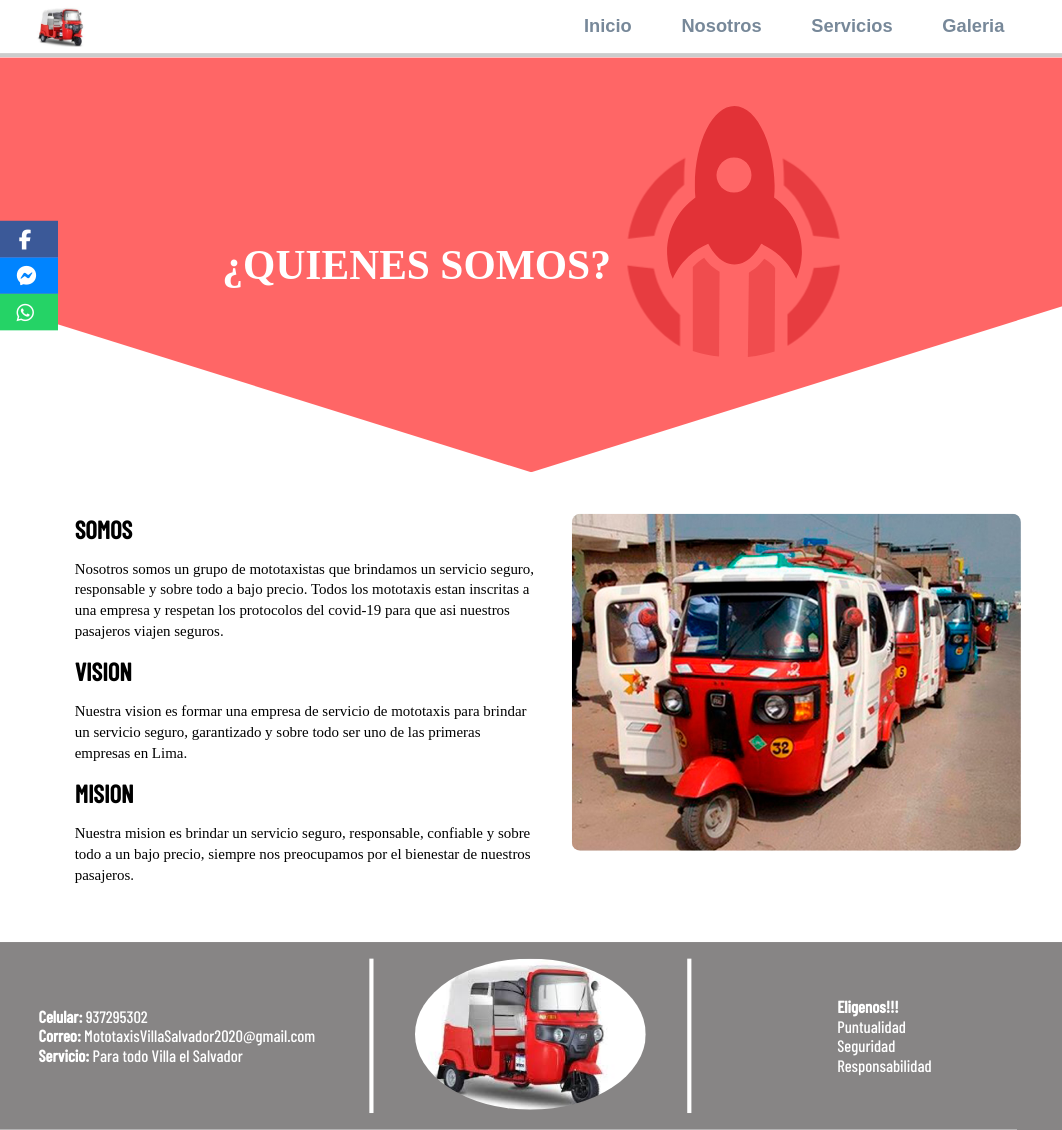
Repository: RobertAries28/ServicioTransporteMototaxisV.E.S
Page: Nosotros.html
The author's editor kept a copy of each file at every save. The page is drawn from the files as they stood at one save, then again after the next save.
The browser window is 1280 px wide. The pictures show the whole page, at 83% of full size.
Some web libraries are served in a nearby version.

Above is the page before, as saved 2021-09-22 16:53:46.

### Nosotros.html
<!DOCTYPE html>
<html lang="en">

<head>
    <meta charset="UTF-8">
    <meta name="viewport" content="width=device-width, initial-scale=1.0">

    <link rel="stylesheet" href="nosotros.css">
    <script src="https://kit.fontawesome.com/a076d05399.js"></script>
    <link href="https://fonts.googleapis.com/css2?family=Barlow+Condensed:wght@500&display=swap" rel="stylesheet">

    <title>Empresa-Servicios-Mototaxis</title>
</head>

<body>


    <div class="main-header">
        <div class="l-container main-header__block">
            <img class="main-logo" src="servicio-mototaxi.jpg" alt="">
            <div class="main-menu-toggle" id="main-menu-toggle"></div>
            <nav class="main-nav" id="main-nav">
                <ul class="main-menu">
                    <li class="main-menu__item">
                        <a class="main-menu__link" href="index.html">
                              Inicio
                           </a>
                    </li>

                    <li class="main-menu__item">
                        <a class="main-menu__link" href="Nosotros.html">
                            Nosotros
                         </a>
                    </li>




                    <li class="main-menu__item">
                        <a class="main-menu__link" href="Servicios.html">
                           Servicios
                         </a>
                    </li>



                    <li class="main-menu__item">
                        <a class="main-menu__link" href="Galeria.html">
                          Galeria
                        </a>
                    </li>


                </ul>
            </nav>
        </div>
    </div>


    <header>
        <div class="titulo">
            <h1>¿QUIENES SOMOS?</h1>
            <svg width="256px" height="304px" viewbox="0 0 256 304" version="1.1" xmlns="http://www.w3.org/2000/svg" xmlns:xlink="http://www.w3.org/1999/xlink" preserveAspectRatio="xMidYMid">
                <g>
                    <path class="primero" d="M164.881,184.797 C161.162,189.136 157.443,193.475 153.724,196.574 C151.245,198.434 148.765,199.673 146.286,201.533 L145.046,303.189 C155.584,301.949 166.741,299.47 177.279,296.371 L177.898,195.954 C177.279,195.334 176.659,194.714 176.659,194.095 C172.939,190.376 169.22,187.276 164.881,184.797 M92.358,183.557 C88.019,186.036 84.3,189.136 80.581,192.855 C79.961,193.475 79.341,194.095 78.722,194.714 L78.722,295.751 C89.259,299.47 99.797,301.329 110.334,302.569 L110.954,200.293 C108.475,199.053 105.995,197.194 103.516,195.334 C99.177,192.235 95.458,187.896 92.358,183.557" fill-opacity="0.5" fill="#F56857"></path>
                    <path class="segundo" d="M128.93,0.7 C102.896,0.7 81.201,43.47 81.201,96.158 C81.201,101.117 81.201,106.075 81.821,111.034 C61.366,125.911 47.729,149.465 47.729,176.739 C47.729,188.516 50.208,199.053 54.547,208.971 C62.605,190.376 78.102,174.879 97.317,166.821 C105.375,182.317 116.533,191.615 128.93,191.615 C141.327,191.615 152.484,182.317 161.162,166.821 C179.758,174.879 195.254,190.376 203.312,208.971 C207.651,199.053 210.131,187.896 210.131,176.739 C210.131,149.465 197.114,125.291 176.659,111.034 C177.278,106.075 177.278,101.116 177.278,96.158 C176.039,44.09 154.964,0.7 128.93,0.7 L128.93,0.7 Z M128.31,62.685 C140.087,62.685 149.385,71.983 149.385,83.76 C149.385,95.538 140.087,104.836 128.31,104.836 C116.533,104.836 107.235,95.538 107.235,83.76 C107.855,71.983 117.152,62.685 128.31,62.685 L128.31,62.685 Z" fill="#F96853"></path>
                    <path class="tercero" d="M63.225,252.361 C47.109,238.104 35.952,218.889 31.613,196.574 C19.835,195.334 9.298,194.095 0,192.855 C4.339,234.385 28.513,269.717 63.225,290.172 L63.225,252.361 L63.225,252.361 Z M32.232,156.903 C34.092,148.225 37.811,139.548 41.53,131.489 C42.77,129.01 43.39,126.531 44.629,124.671 C50.208,113.514 58.266,103.596 68.184,95.538 L68.184,94.298 L68.184,86.24 C68.184,78.182 68.804,70.744 69.424,63.305 C32.852,82.521 6.199,118.472 0.62,160.622 C9.918,159.383 20.455,158.143 32.232,156.903 L32.232,156.903 Z M192.775,289.552 C226.867,269.717 251.041,233.765 256,192.235 C246.702,193.475 236.165,195.334 224.387,195.954 C220.048,218.269 208.891,237.485 192.775,251.741 L192.775,289.552 L192.775,289.552 Z M255.38,160.622 C249.801,118.472 223.768,83.141 187.196,63.925 C187.816,71.363 188.436,78.802 188.436,86.86 L188.436,94.918 L188.436,96.158 C197.734,104.216 205.792,114.133 211.37,125.291 C212.61,127.77 213.85,129.63 214.47,132.109 C218.809,139.548 221.908,148.225 223.768,156.903 C235.545,158.143 246.082,159.383 255.38,160.622 L255.38,160.622 Z" fill-opacity="0.8" fill="#F56857"></path>
                </g>
            </svg>
        </div>
    </header>

    <div class="social">
        <ul>
            <li>

                <a href="https://www.facebook.com/Servicios-de-mototaxis-Villa-El-Salvador-656804414933946/?modal=admin_todo_tour" target="_blank" class="fab fa-facebook-f"></a>
            </li>

            <li>
                <a href="https://m.me/profile.php?id=100052757916837" target="_blank" class="fab fa-facebook-messenger"></a>
            </li>
            <li>
                <a href="https://api.whatsapp.com/send?phone=51937295302&text=Hola%20Estimado" target="_blank" class="fab fa-whatsapp"></a>
            </li>

        </ul>
    </div>


    <section>
        <div class="somos">
            <h2>SOMOS</h2>
            <p>
                Nosotros somos un grupo de mototaxistas que brindamos un servicio seguro, responsable y sobre todo a bajo precio. Todos los mototaxis estan inscritas a una empresa y respetan los protocolos del covid-19 para que asi nuestros pasajeros viajen seguros.

            </p>

            <h2>VISION</h2>
            <p>
                Nuestra vision es formar una empresa de servicio de mototaxis para brindar un servicio seguro, garantizado y sobre todo ser uno de las primeras empresas en Lima.
            </p>

            <h2>MISION</h2>
            <p>Nuestra mision es brindar un servicio seguro, responsable, confiable y sobre todo a un bajo precio, siempre nos preocupamos por el bienestar de nuestros pasajeros.</p>

        </div>

        <div class="section-img">
            <img src="Nosotros-mototaxis.jpg" alt="">
        </div>
    </section>

    <footer>
        <div class="contactanos-footer">
            <ul>
                <li><span>Celular: </span>937295302</li>
                <li><span>Correo: </span>MototaxisVillaSalvador2020@gmail.com</li>
                <li><span>Servicio: </span>Para todo Villa el Salvador</li>
            </ul>
        </div>

        <div class="imagen-footer">
            <img src="servicio-mototaxi.jpg" alt="servicio-mototaxi">
        </div>

        <div class="valores-footer">
            <ul>
                <ol>Eligenos!!!</ol>
                <li>Puntualidad</li>
                <li>Seguridad</li>
                <li>Responsabilidad</li>
            </ul>
        </div>
    </footer>


    <script>
        const showMenu = (toggleId, navId) => {
            const toggle = document.getElementById(toggleId),
                nav = document.getElementById(navId)

            if (toggle && nav) {
                toggle.addEventListener('click', () => {
                    nav.classList.toggle('show')
                })
            }
        }
        showMenu('main-menu-toggle', 'main-nav')
    </script>



</body>

</html>

### nosotros.css
    body {
        padding: 0;
        margin: 0;
    }
    /*nav*/

    .l-container {
        max-width: 1200px;
        padding-left: 1rem;
        padding-right: 1rem;
        display: flex;
        margin-left: auto;
        margin-right: auto;
        height: 100%;
    }

    .main-header {
        height: 4rem;
        border-bottom: 5px solid #ccc;
        position: sticky;
        top: 0;
        z-index: 100;
        background: white;
        font-size: 22px;
    }

    .main-menu__link:hover {
        background-color: lightgray;
        border-radius: 5px;
    }

    .main-menu__link {
        padding: 10px;
        color: lightslategray;
        font-family: Arial, Helvetica, sans-serif;
        font-weight: bold;
    }

    .main-header__block {
        justify-content: space-between;
        align-items: center;
    }

    .main-menu {
        margin-top: 0;
        margin-bottom: 0;
        padding-left: 0;
        list-style: none;
        display: flex;
    }

    .main-menu li {
        padding: 0 20px;
    }

    .main-logo {
        height: 3rem;
        margin-top: 0;
    }

    img {
        max-width: 100%;
    }

    a {
        text-decoration: none;
    }

    body {
        margin: 0;
    }

    @media screen and ( max-width: 768px) {
        .main-menu__item {
            padding: .5rem 0 .5rem 1rem
        }
        .main-menu__link {
            color: white;
            margin-left: 1rem;
            margin-right: 1rem;
            font-size: 20px;
        }
        .main-menu__link:hover {
            background-color: lightslategray;
            border-radius: 5px;
        }
        .main-nav {
            position: fixed;
            height: calc(100vh - 4rem);
            width: 80wh;
            background: rgba(0, 0, 0, 0.3);
            top: 4.3rem;
            right: -80vw;
        }
        .main-menu {
            flex-direction: column;
        }
        .main-menu li {
            padding: 10px 0;
        }
        .show {
            right: 0px;
        }
        .main-menu-toggle {
            width: 2.4rem;
            height: 1.6rem;
            background: linear-gradient(black 20%, transparent 20%, transparent 40%, black 40%, black 60%, transparent 60%, transparent 80%, black 80%);
            cursor: pointer;
        }
    }
    /* header**********************/

    header .titulo {
        width: 100%;
        height: 500px;
        background-color: rgba(255, 0, 0, 0.6);
        ;
    }

    .titulo {
        clip-path: polygon(0 0, 100% 0, 100% 300px, 50% 500px, 0 300px);
        display: flex;
        justify-content: center;
        align-items: center;
    }

    .titulo h1 {
        font-size: 50px;
        color: white;
        padding: 0 10px;
    }

    svg {
        margin-bottom: 80px;
        padding: 0 10px;
    }

    .primero {
        animation-name: primero;
        animation-duration: 3s;
        animation-fill-mode: forwards;
        animation-timing-function: ease-in-out;
        fill: none;
        stroke: white;
        stroke-width: 2px;
        stroke-dashoffset: 0;
        stroke-dasharray: 900px;
    }

    @-webkit-keyframes primero {
        0% {
            stroke-dashoffset: 900px;
        }
        50% {
            fill: none;
            stroke-width: 2px;
        }
        100% {
            stroke-width: 0px;
            fill: red;
        }
    }

    @keyframes primero {
        0% {
            stroke-dashoffset: 900px;
        }
        50% {
            fill: none;
            stroke-width: 2px;
        }
        100% {
            stroke-width: 0px;
            fill: #E23237;
        }
    }

    .segundo {
        animation-name: segundo;
        animation-duration: 3s;
        animation-fill-mode: forwards;
        animation-timing-function: ease-in-out;
        fill: none;
        stroke: white;
        stroke-width: 2px;
        stroke-dashoffset: 0;
        stroke-dasharray: 900px;
        z-index: 10000;
    }

    @-webkit-keyframes segundo {
        0% {
            stroke-dashoffset: 900px;
        }
        50% {
            fill: none;
            stroke-width: 2px;
        }
        100% {
            stroke-width: 0px;
            fill: red;
        }
    }

    @keyframes segundo {
        0% {
            stroke-dashoffset: 900px;
        }
        50% {
            fill: none;
            stroke-width: 2px;
        }
        100% {
            stroke-width: 0px;
            fill: #E23237;
        }
    }

    .tercero {
        animation-name: tercero;
        animation-duration: 3s;
        animation-fill-mode: forwards;
        animation-timing-function: ease-in-out;
        transform-origin: center center;
    }

    @-webkit-keyframes tercero {
        100% {
            transform: rotateZ(360deg);
            fill: #E23237;
        }
    }

    @keyframes tercero {
        100% {
            transform: rotateZ(360deg);
            fill: #E23237;
        }
    }
    /* header *****/

    @media screen and (max-width:767px) {
        .titulo h1 {
            position: relative;
            font-size: 25px;
            text-align: center;
            top: -20px;
        }
        svg {
            position: relative;
            top: -80px;
            padding: 0 10px;
            margin-top: 80px;
        }
        header .titulo {
            height: 300px;
            clip-path: polygon(0 0, 100% 0, 100% 250px, 50% 300px, 0 250px);
        }
        svg {
            margin-bottom: -50px;
        }
    }

    @media screen and (width:768px) {
        header .titulo {
            height: 450px;
            clip-path: polygon(0 0, 100% 0, 100% 250px, 50% 450px, 0 250px);
        }
        svg {
            position: relative;
            top: -75px;
            padding: 0 10px;
        }
        .titulo h1 {
            position: relative;
            font-size: 30px;
            text-align: center;
            top: -75px;
        }
    }
    /*****************************section **********************/

    section {
        display: flex;
        padding: 50px;
    }

    section p {
        line-height: 25px;
    }

    .section-img img {
        width: 100%;
        border-radius: 10px;
    }

    .somos {
        width: 70%;
        padding: 0 40px;
    }

    .somos p {
        font-size: 18px;
    }

    .somos li {
        font-size: 18px;
    }

    .somos ul {
        padding-left: 15px;
    }

    .somos h1,
    h2 {
        font-family: 'Barlow Condensed', sans-serif;
        font-size: 30px;
        margin: 0;
    }

    @media screen and (max-width:768px) {
        section {
            flex-direction: column;
            justify-content: center;
            align-items: center;
            padding: 30px;
        }
        .section-img {
            order: -1;
        }
        .section-img img {
            width: 100%;
        }
        .somos {
            order: 1;
            margin-top: 30px;
            padding: 0 20px;
            text-align: start;
        }
    }

    @media screen and (width:280px) {
        section {
            padding: 10px;
        }
    }

    @media screen and (width:1024px) {
        section {
            align-items: center;
        }
    }
    /*****************footer********************************/

    footer {
        background-color: #878585;
        padding: 20px 0;
        display: grid;
        justify-items: center;
        align-items: center;
        grid-template-columns: 33.3% 33.3% 33.3%;
        grid-template-rows: auto;
        grid-template-areas: "contactanos-footer imagen-footer valores-footer";
        font-size: 20px;
        font-family: 'Barlow Condensed', sans-serif;
        color: white;
    }

    footer span {
        font-weight: bold;
    }

    .contactanos-footer {
        grid-area: contactanos-footer;
        padding: 0 20px;
    }

    .contactanos-footer ul {
        list-style: none;
        padding: 0;
    }

    .imagen-footer {
        grid-area: imagen-footer;
        border-right: 5px solid white;
        border-left: 5px solid white;
        padding: 0 50px;
    }

    .imagen-footer img {
        width: 100%;
        border-radius: 50%;
    }

    .valores-footer {
        grid-area: valores-footer;
    }

    .valores-footer ul {
        list-style: none;
        padding: 0;
    }

    .valores-footer ol {
        padding: 0;
        font-weight: bold;
    }
    /*responsive footer*/

    @media screen and (max-width:767px) {
        footer {
            grid-template-columns: 100%;
            grid-template-rows: auto auto auto;
            grid-template-areas: "contactanos-footer" "imagen-footer" "valores-footer";
        }
        .imagen-footer {
            border-top: 5px solid white;
            border-bottom: 5px solid white;
            border-left: none;
            border-right: none;
            padding: 20px 0;
        }
    }

    @media screen and (width:768px) {
        footer {
            grid-template-columns: 50% 50%;
            grid-template-rows: auto auto;
            grid-template-areas: "contactanos-footer valores-footer" "imagen-footer imagen-footer";
            justify-items: center;
            align-items: center;
        }
        .imagen-footer {
            border: none;
            margin-top: 20px;
        }
        .contactanos-footer {
            border-right: 5px solid white;
            padding-right: 50px;
        }
        svg {
            margin-top: 100px;
        }
    }

    @media screen and (width:280px) {
        footer {
            padding: 20px;
        }
        .contactanos-footer {
            width: 100%;
        }
    }
    /*social*/

    .social .fab {
        width: 20px;
        text-align: center;
        font-size: 24px;
    }

    .social {
        position: fixed;
        z-index: 50000;
        left: -40px;
        top: 250px;
    }

    .social ul {
        list-style: none;
    }

    .social a {
        display: inline-block;
        text-decoration: none;
        color: white;
        padding: 10px 0;
        padding-right: 30px;
        padding-left: 20px;
        z-index: 100;
        transition: 0.1s ease;
    }

    .social .fa-facebook-f {
        background: #3b5998;
    }

    .social .fa-facebook-messenger {
        background: #0084ff;
    }

    .social .fa-whatsapp {
        background: #25d366;
    }

    .social a:hover {
        padding: 10px 45px;
    }

    @media screen and (max-width:760px) {
        .social .fa-facebook-f {
            background: #3b5998;
            opacity: 0.7;
        }
        .social .fa-facebook-messenger {
            background: #0084ff;
            opacity: 0.7;
        }
        .social .fa-whatsapp {
            background: #25d366;
            opacity: 0.7;
        }
        .social {
            top: 400px;
        }
    }

After the next save:
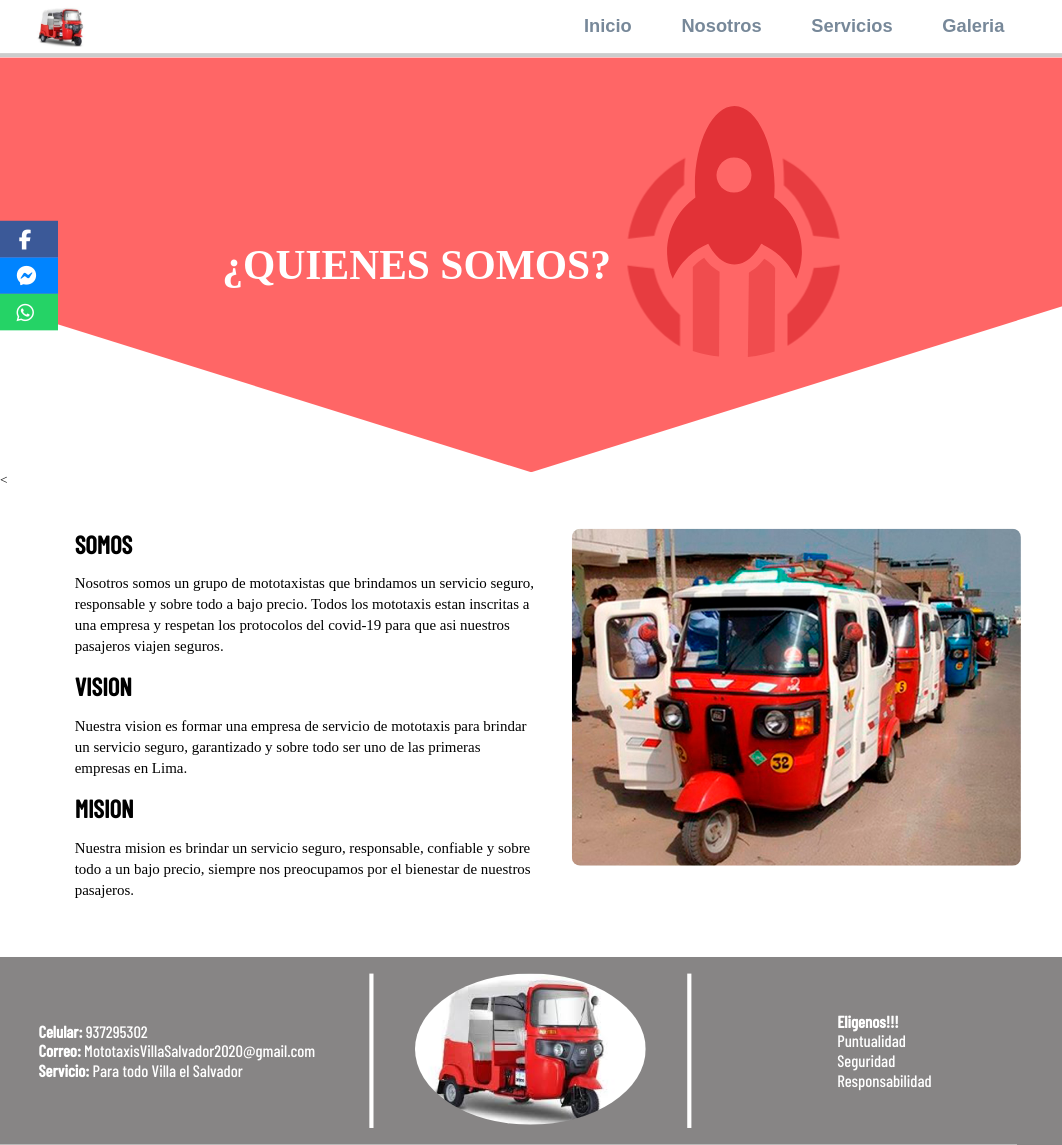
Saved 14 s later.
--- a/Nosotros.html
+++ b/Nosotros.html
@@ -70,22 +70,22 @@
         </div>
     </header>
 
+
     <div class="social">
         <ul>
             <li>
-
-                <a href="https://www.facebook.com/Servicios-de-mototaxis-Villa-El-Salvador-656804414933946/?modal=admin_todo_tour" target="_blank" class="fab fa-facebook-f"></a>
+                <a href="https://www.facebook.com/Servicio-de-transporte-de-Mototaxis-VES-258887006014832" target="_blank" class="fab fa-facebook-f"></a>
             </li>
 
             <li>
-                <a href="https://m.me/profile.php?id=100052757916837" target="_blank" class="fab fa-facebook-messenger"></a>
+                <a href="m.me/258887006014832" target="_blank" class="fab fa-facebook-messenger"></a>
             </li>
             <li>
-                <a href="https://api.whatsapp.com/send?phone=51937295302&text=Hola%20Estimado" target="_blank" class="fab fa-whatsapp"></a>
+                <a href="https://api.whatsapp.com/send?phone=51917724327&text=Hola%20Estimado" target="_blank" class="fab fa-whatsapp"></a>
             </li>
 
         </ul>
-    </div>
+    </div><
 
 
     <section>
